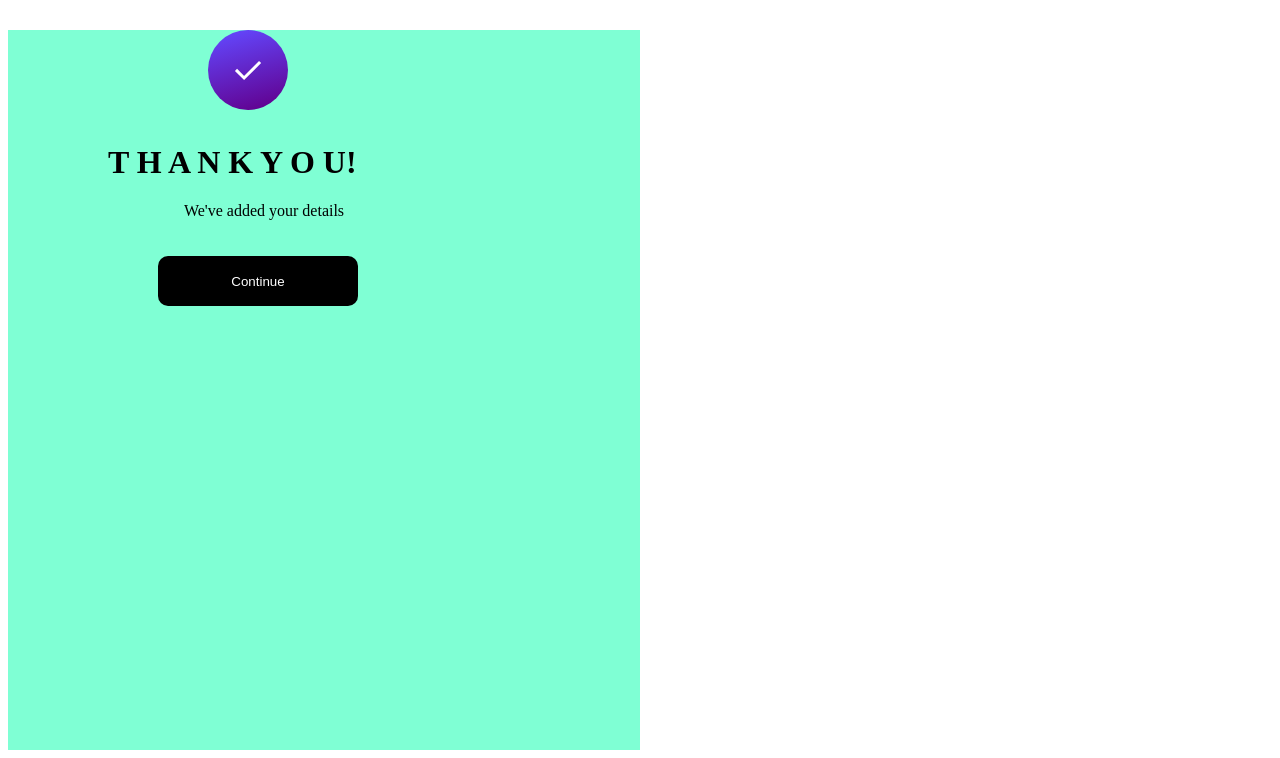
Repository: Abhi2359/frontendchallenge-1
Page: /
These files come from the project's save history. The page is drawn as it stood at one moment and after a run of saves; the edit follows.
The browser window is 1280 px wide. The pictures show the whole page.
The project was rebuilt for these pictures with package versions that can differ from the ones it lists, and the page was loaded fresh each time. Also part of the build but not shown: src/components/Cards/Card1.css, src/components/Cards/Card1.js, src/components/Cards/Card2.css, src/components/Cards/Card2.js, src/components/Layout/Layout.js.

Above is the page before, as saved 2023-02-15 17:35:07.

After the next 2 saves:
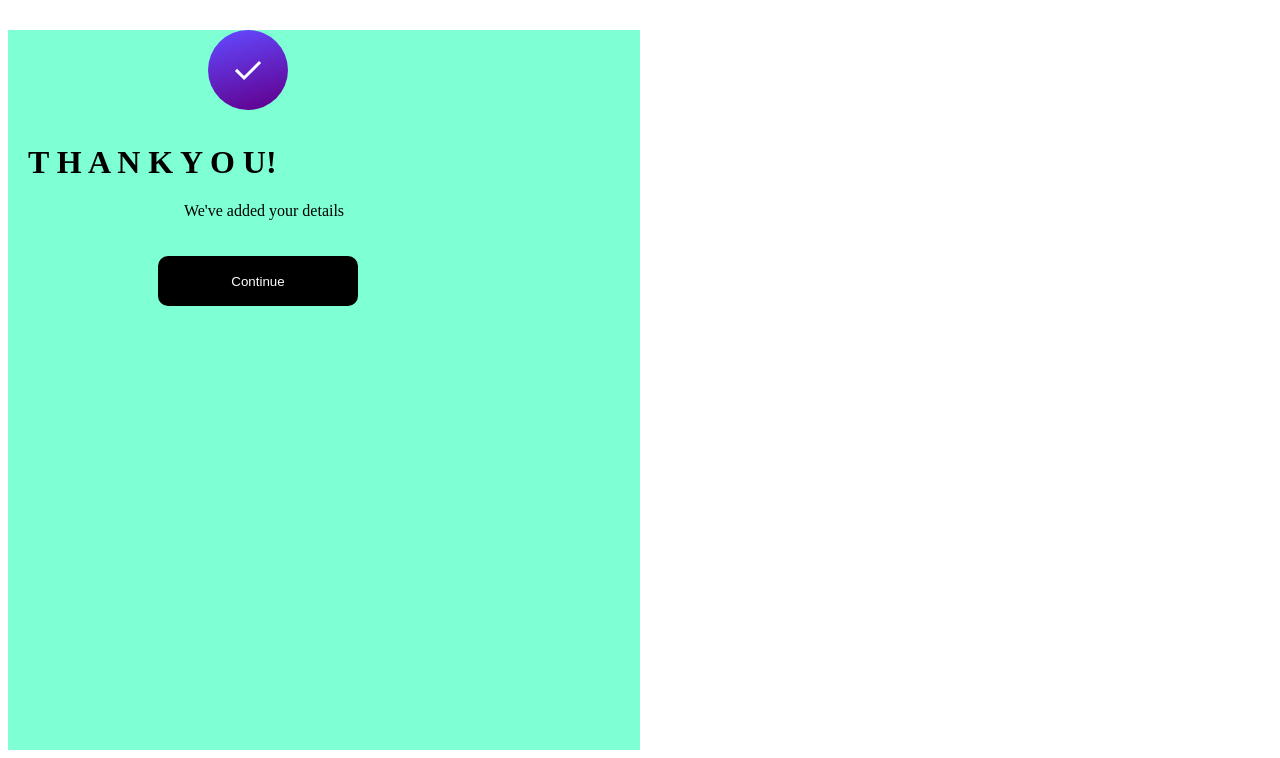
The 2 saves are shown as one change because they came seconds apart.
The last was saved 21 s later.
--- a/src/components/Add/Compelete.css
+++ b/src/components/Add/Compelete.css
@@ -5,7 +5,7 @@
 
 }
 .Complete h1{
-    margin-right: 20px;
+    margin-left: 20px;
 }
 .icon{
    margin: 30px;
